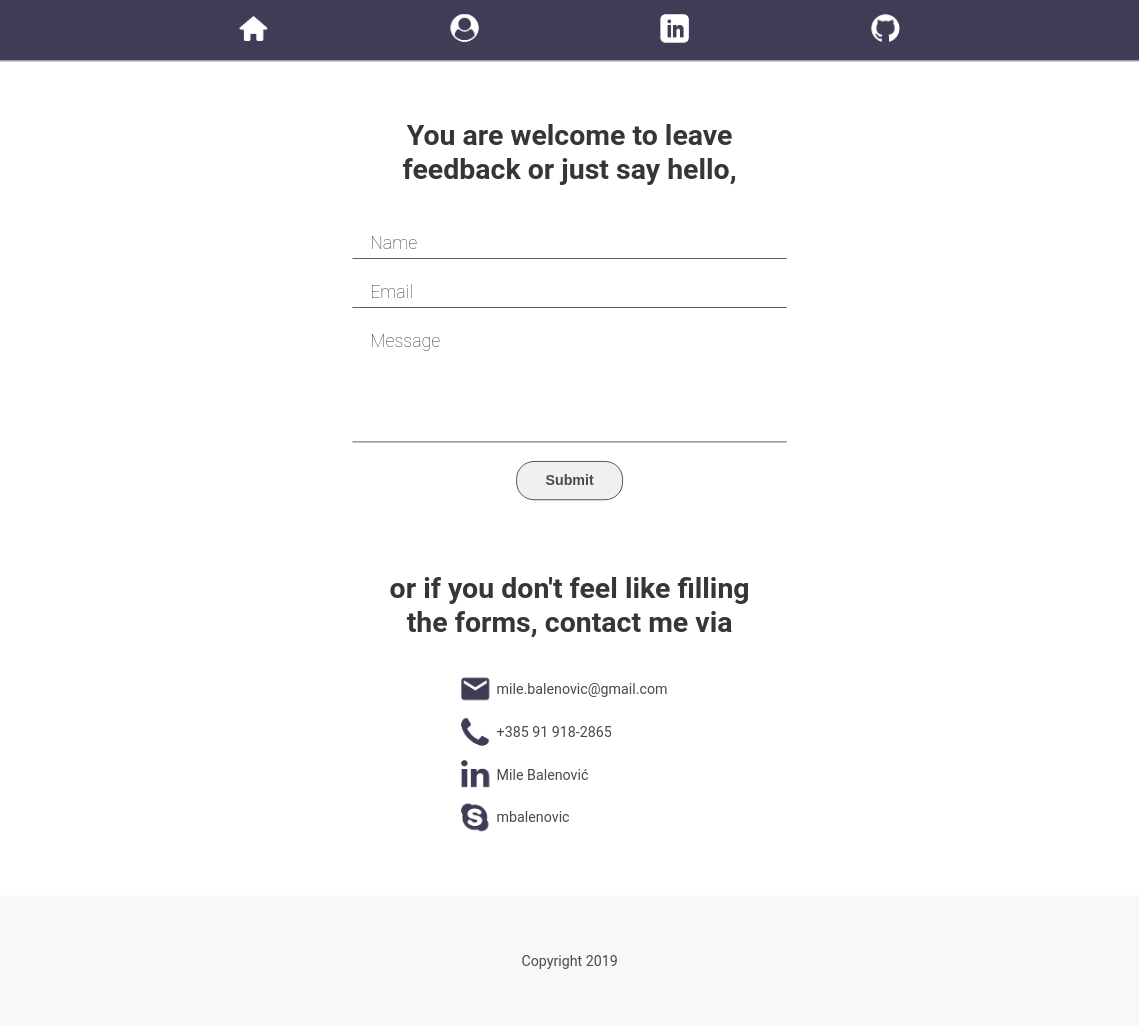
Repository: milac0/my-website
Page: /contact
An editor plug-in stored every save of this project. The page is shown before and after the next save, followed by the edit.
The browser window is 1280 px wide. The pictures show the whole page, at 89% of full size.
The project was rebuilt for these pictures with package versions that can differ from the ones it lists, and the page was loaded fresh each time. Also part of the build but not shown: src/components/Hero.js, src/components/AboutMe.js, src/components/Education.js, src/components/Experience.js, src/components/Projects.js, src/components/SectionCTA.js, src/pages/Home.js. Imported but missing from the stored project, and not drawn on this page: src/resume.pdf.

Above is the page before, as saved 2019-10-24 13:31:29.

### public/index.html
<!DOCTYPE html>
<html lang="en">
  <head>
    <meta charset="utf-8" />
    <link rel="icon" href="%PUBLIC_URL%/favicon.ico" />
    <meta name="viewport" content="width=device-width, initial-scale=1" />
    <meta name="theme-color" content="#000000" />
    <meta
      name="description"
      content="Web site created using create-react-app"
    />
    <!--
      manifest.json provides metadata used when your web app is installed on a
      user's mobile device or desktop. See https://developers.google.com/web/fundamentals/web-app-manifest/
    -->
    <link rel="manifest" href="%PUBLIC_URL%/manifest.json" />
    <!--
      Notice the use of %PUBLIC_URL% in the tags above.
      It will be replaced with the URL of the `public` folder during the build.
      Only files inside the `public` folder can be referenced from the HTML.

      Unlike "/favicon.ico" or "favicon.ico", "%PUBLIC_URL%/favicon.ico" will
      work correctly both with client-side routing and a non-root public URL.
      Learn how to configure a non-root public URL by running `npm run build`.
    -->
    <title>Mile Balenovic</title>
  </head>
  <body>
    <noscript>You need to enable JavaScript to run this app.</noscript>
    <div id="root"></div>
    <!--
      This HTML file is a template.
      If you open it directly in the browser, you will see an empty page.

      You can add webfonts, meta tags, or analytics to this file.
      The build step will place the bundled scripts into the <body> tag.

      To begin the development, run `npm start` or `yarn start`.
      To create a production bundle, use `npm run build` or `yarn build`.
    -->
  </body>
</html>

### src/index.css
html, body {
  height: 100%;
}

body {
  display: flex;
  flex-direction: column;
}

body {
  margin: 0;
  font-family: 'Roboto', sans-serif;
  -webkit-font-smoothing: antialiased;
  -moz-osx-font-smoothing: grayscale;
}

/*****
  Navbar & Hero
*****/

header,
.hero {
  /* background: #1f2e3f; */
  /* background: #19427A; */
  background:#3F3D56;
  border-bottom: 0.1px solid #ffffff;
  text-align: center;
}

.hero {
  margin-bottom: 2em;
}

.container {
  width: 90%;
  max-width: 1200px;
  margin: 0 auto;
}

nav li {
  list-style: none;
  display: flex;
  justify-content: space-evenly;
  align-items: center;
}

.nav-item:hover {
  filter: invert(0.1);
}
nav ul {
  padding: 0;
}

.hero {
  margin-bottom: 2.5em;
}

.hero-profile {
  padding: 3em 0;
}

.hero-profile img {
  margin-bottom: 0.5em;
}

.hero-profile-title,
.hero-profile-subtitle {
  color: #ffffff;
}

.hero-profile h1 {
  margin: 0;
  font-size: 2rem;
}

.hero-profile p {
  font-size: 1rem;
  margin: 0;
  margin-top: -0.25rem;
  margin-bottom: 1.5em;
}

.hero-profile-subtitle strong {
  font-weight: 700;
  color: #61dafb;
}

.button-cta,
.button-home {
  /* background: #F16334; */
  background: #00AEA0;
  color: #1f2e3f;
  padding: 0.75em 2em;
  border: none;
  border-radius: 20px;
  font-size: 1rem;
  font-weight: 700;
  text-decoration: none;
}

.button-cta:hover,
.button-cta:focus {
  /* background: #ed4d1c; */
  background: #00C1B1;
  color: #1f2e3f;
  cursor: pointer;
}

.button-home {
  background: #ffffff;
  border: 2px solid #1f2e3f;
  padding: 0.3em 1em;
}

.button-home:hover,
.button-home:focus {
  border: 2px solid #ffffff;
 filter: invert(0.1);
}


/*****
  Typography
*****/

h1 {
  color: #363636;
}

h2 {
  color: #363636;
  font-size: 1.5rem;
  font-weight: 500;
  margin: 0;
}

p,
ul {
  color: #4a4a4a;
}

.section-skill h2 {
  color: #1F2E3F;
  font-size: 1.25rem;
  font-weight: 400;
  margin: 0;
}

.section-body {
  font-size: 1rem;
  margin-bottom: 1em;
}

#section-cta .section-title,
#section-cta .section-body {
  color: #ffffff;

}

/*****
  Layout
*****/
section {
  margin-bottom: 2.5em;
}

.section-title {
  border-bottom: 2px solid #F8F8F9;
  font-size: 2rem;
  padding-bottom: 0.5em;
}

.article-education,
.section-skill {
  box-shadow: 2px 2px #F8F8F9;
  border: 2px solid #F8F8F9;
  /* background: #fafafa; */
  margin-bottom: 1em;
  padding: 0.5em;
}

.article-education li{
  margin-bottom: 0.5em;
}

.section-skill {
  background: #F8F8F9;
  text-align: center;
}

.section-skill p {
  margin: 0;
}

.section-skill-image {
  display: block;
  margin: 0 auto 1em auto;
  width: 70%;
}

article {
  background: #F8F8F9;
  padding: 1em;
  margin-bottom: 1em;
}

article h2 {
  margin-bottom: 0.5em;
}

.project-image {
  display: block;
  width: 100%;
  cursor: pointer;
  border-left: 1px solid #19427A;
  border-bottom: 1px solid #19427A;
  border-radius: 0 0 0 5px;
}

.project-image:hover {
  filter: invert(0.1);
}


#section-cta {
  padding-bottom: 5em;
  background: #3F3D56;
}

#section-cta{
  text-align: center;
  padding: 0.5em;
}

#section-cta .button-cta {
  margin: 1em 0 2em 0;
}

footer {
  background: #F8F8F9;
  padding: 3em 0;
  width: 100%;
  text-align: center;
  flex-shrink: 0;
}

.invalid-feedback {
  color: #D8000C;
  font-size: 0.75rem;
  font-family: 'Roboto', sans-serif;
}

### src/App.js
import React from 'react';
import {
  BrowserRouter as Router,
  Switch,
  Route,
} from "react-router-dom";
import Home from './pages/Home'
import Contact from './pages/Contact';

function App() {
  return (
      <Router>
        <Switch>
        <Route path ="/" exact component={Home} />
        <Route path ="/contact" component={Contact} />
        </Switch>
      </Router>

  );
}

export default App;

### src/pages/Contact.js
import React, { Fragment } from "react";
import Navbar from "../components/Navbar";
import Footer from "../components/Footer";
import FormContact from '../components/FormContact'
import styles from "./contact.module.css";

import skypeIcon from "../images/skype.png";
import mailIcon from "../images/mail.png";
import linkedinIcon from "../images/linkedin-contact.png";
import phoneIcon from "../images/phone.png";

const Contact = () => {
  return (
    <Fragment>
      <Navbar />
      <main>
        <div className={styles.container}>
            <h1 className={styles.contactTitle}>
              You are welcome to leave feedback or just say hello,
            </h1>
          <section>
            <FormContact />
          </section>
          <section className={styles.otherContacts}>
            <h1 className={styles.contactTitle}>or if you don't feel like filling the forms, contact me via</h1>
            <ul className={styles.contacts}>
              <li>
                <a className={styles.contactItem} href="mailto:mile.balenovic@gmail.com?Subject=Hello">
                  <img src={mailIcon} alt="github" />
                  <span className={styles.contactBody}>mile.balenovic@gmail.com</span>
                </a>
              </li>
              <li>
                <a className={styles.contactItem} href="tel:00385919182865">
                  <img src={phoneIcon} alt="phone" />
                  <span className={styles.contactBody}>+385 91 918-2865</span>
                </a>
              </li>
              <li>
                <a className={styles.contactItem} href="https://www.linkedin.com/in/mile-balenovi%C4%87-a4ab9188/">
                  <img src={linkedinIcon} alt="linkedin" />
                  <span className={styles.contactBody}>Mile Balenović</span>
                </a>
              </li>
              <li>
                <a className={styles.contactItem} href="skype:mbalenovic?chat">
                  <img src={skypeIcon} alt="skype" />
                  <span className={styles.contactBody}>mbalenovic</span>
                </a>
              </li>
            </ul>
          </section>
        </div>
      </main>
      <Footer />
    </Fragment>
  );
};

export default Contact;

### src/components/Navbar.js
import React from "react";
import { Link } from 'react-router-dom'

import resumeIcon from "../images/resume.png";
import linkedinIcon from "../images/linkedin.png";
import githubIcon from "../images/github.png";
import homeIcon from "../images/home.png";
import resumePdf from "../resume.pdf";

//mui
import Tooltip from "@material-ui/core/Tooltip";

const Navbar = ({ showHome }) => {
  return (
    <header>
      <div className="container">
        <nav>
          <li>
          <ul>
              <Tooltip title="Home">
                <Link to="/">
                  <img className="nav-item" src={homeIcon} alt="home" />
                </Link>
              </Tooltip>
            </ul>
            <ul>
              <Tooltip title="Resume">
                <a href={resumePdf} download target="_self">
                  <img className="nav-item" src={resumeIcon} alt="resume" />
                </a>
              </Tooltip>
            </ul>
            <ul>
              <Tooltip title="Linkedin">
                <a href="https://www.linkedin.com/in/mile-balenovi%C4%87-a4ab9188/">
                  <img className="nav-item" src={linkedinIcon} alt="linkedin" />
                </a>
              </Tooltip>
            </ul>
            <ul>
              <Tooltip title="Github">
                <a href="https://github.com/milac0">
                  <img className="nav-item" src={githubIcon} alt="github" />
                </a>
              </Tooltip>
            </ul>
          </li>
        </nav>
      </div>
    </header>
  );
};

export default Navbar;

### src/components/Footer.js
import React from 'react';

const Footer = () => {
    return (
        <footer>
        <p> Copyright 2019</p>
     </footer>
    );
};

export default Footer;

### src/components/FormContact.js
import React, { useState, Fragment } from 'react';
import { Formik, Form, Field, ErrorMessage } from 'formik';
import * as Yup from 'yup';
import emailjs from 'emailjs-com'

import styles from './formContact.module.css'

const FormContact = () => {

    const [description, setDescription] = useState('')

    return (
        <Formik
                initialValues={{
                    name: '',
                    message: '',
                    email: ''
                }}
                validationSchema={Yup.object().shape({
                    name: Yup.string()
                        .required('Name is required'),
                    message: Yup.string()
                        .required('Message is required'),
                    email: Yup.string()
                        .email('Email is invalid')
                        .required('Email is required')
                })}
                onSubmit={({name, message, email }, { resetForm}) => {
                    emailjs.send('gmail_mile_balenovic', 'template_kfALJkSq', {name, email, message}, process.env.REACT_APP_API_KEY)
                    .then(response => {
                        if(response.status === 200) {
                            setDescription('Hear you soon!')
                            resetForm()
                        } else {
                            setDescription('Something went wrong. Try contacts bellow!')
                        }
                    })
                    .catch(err => console.log(err))
                }}
                render={({ errors, status, touched }) => (
                    <Fragment>
                        <Form>
                        <div className="form-group">
                            <Field name="name" placeholder="Name" type="text" className={'form-control' + (errors.name && touched.name ? ' is-invalid' : '')} />
                            <ErrorMessage name="name" component="div" className="invalid-feedback" />
                        </div>
                        <div className="form-group">
                            <Field name="email" placeholder="Email" type="text" className={'form-control' + (errors.email && touched.email ? ' is-invalid' : '')} />
                            <ErrorMessage name="email" component="div" className="invalid-feedback" />
                        </div>
                        <div className="form-group">
                            <Field name="message" placeholder="Message" type="text" component="textarea" rows="5" className={'form-control' + (errors.message && touched.message ? ' is-invalid' : '')} />
                            <ErrorMessage name="message" component="div" className="invalid-feedback" />
                        </div>

                        <div className="form-group">
                            <button type="submit" className={styles.buttonSubmit}>Submit</button>
                        </div>
                    </Form>
                    {description}
                    </Fragment>
                )}
            />
    )
}
export default FormContact;

### src/pages/contact.module.css
span {
    color: #4a4a4a;
    font-size: 1rem;
}

.container {
    width: 90%;
    max-width: 560px;
    margin: 0 auto;
    text-align: center;
}

.contacts {
    list-style: none;
    padding-left: 0;
    width: 260px;
    margin: 0 auto 4em auto;
}

.contactItem {
    text-decoration: none;
    padding: 0.5em;
    display: flex;
    justify-content: flex-start;
    align-items: center;
}

.contactTitle {
    margin: 2em;
    margin-bottom: 1em;
}

.contactBody {
    padding: 0 0.5em;
}

.otherContacts .contactTitle {
    margin-top: 2em;
    font-size: 2rem;
}

### src/components/formContact.module.css
.buttonSubmit {
    margin: 1em;
    border-radius: 5px;
    background: #F0F0F0;
    color: #4a4a4a;
    padding: 0.75em 2em;
    border: 1px solid #3F3D56;
    border-radius: 20px;
    font-size: 1rem;
    font-weight: 700;
    text-decoration: none;
}

.buttonSubmit:hover,
.buttonSubmit:focus {
    color: #ffffff;
    cursor: pointer;
    background: #3F3D56;
}

input, textarea {
    max-width: 480px;
    width: 80%;
    display: block;
    padding: 1em;
    padding-bottom: 0.25em;
    margin: 0.25em auto;
    border: none;
    border-bottom: 1px solid #4a4a4a;
    resize: none;
}

input[type=text],
textarea[type=text] {
    color: #363636;
    font-size: 1.25rem;
    font-weight: 400;
    font-family: 'Roboto', sans-serif;
}

input::placeholder,
textarea::placeholder {
    color: #363636;
    font-size: 1.25rem;
    font-weight: 200;
    font-family: 'Roboto', sans-serif;
}

.description {
    color: #363636;
    font-size: 1.25rem;
}

Loaded but not shown: src/index.js (common file)

After the next save:
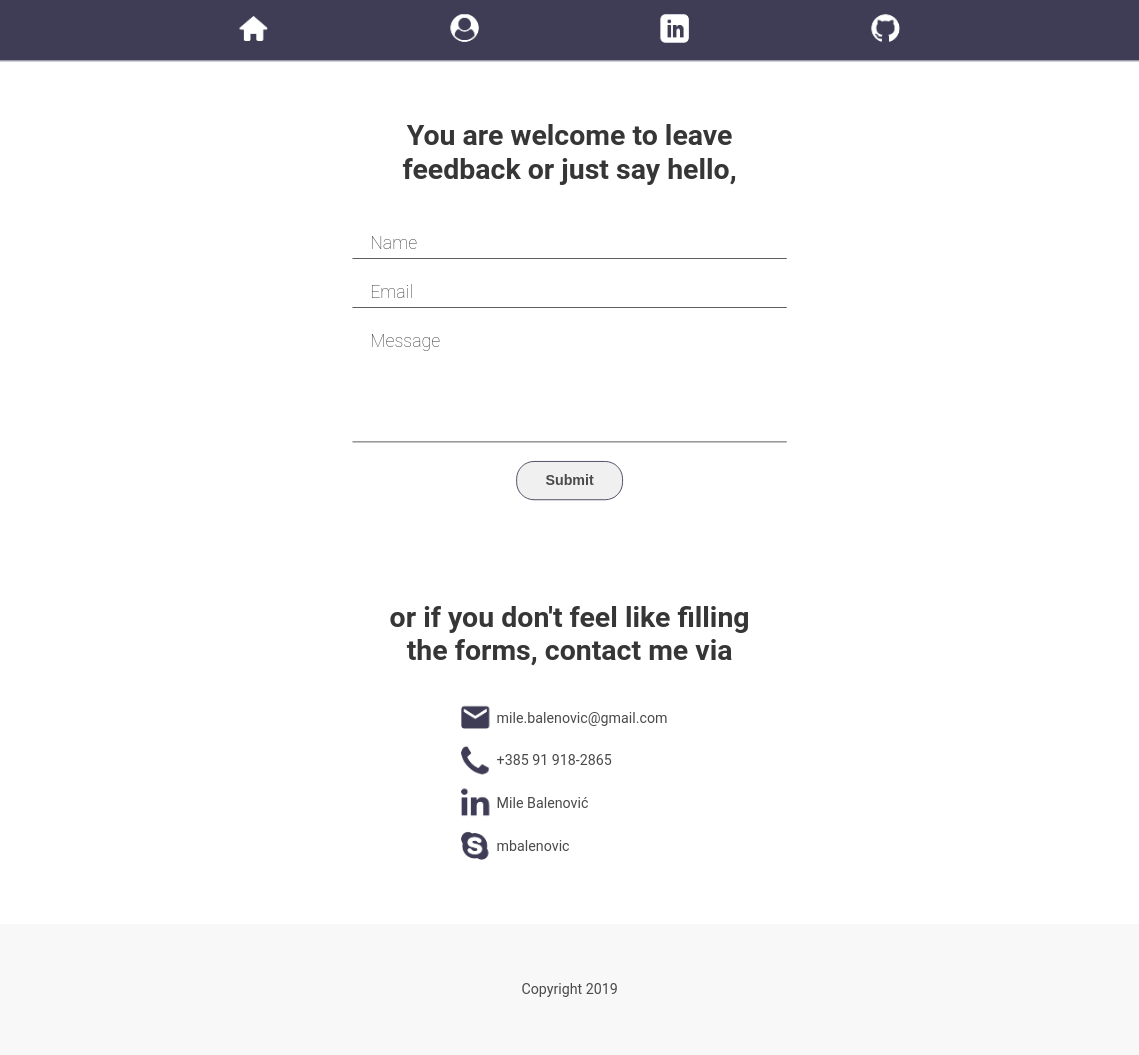
Saved 5 s later.
--- a/src/pages/contact.module.css
+++ b/src/pages/contact.module.css
@@ -35,6 +35,6 @@ span {
 }
 
 .otherContacts .contactTitle {
-    margin-top: 2em;
+    margin-top: 3em;
     font-size: 2rem;
 }
